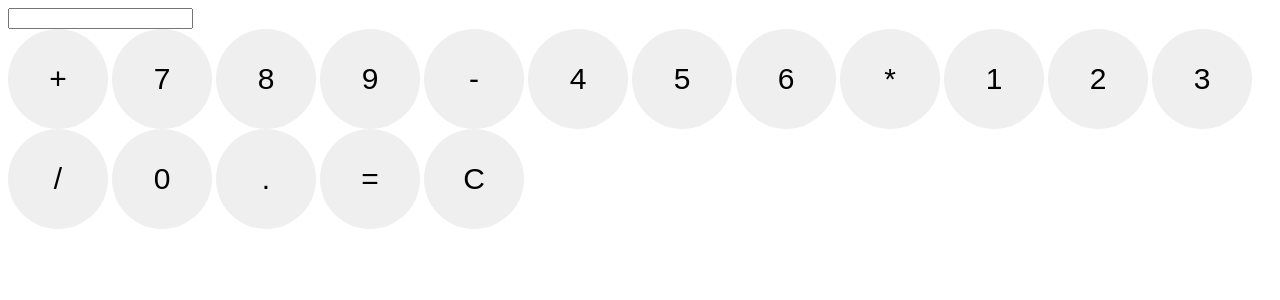
Repository: Haakim19/JavaScript
Page: Calculater/Main.html
These files come from the project's save history. The page is drawn as it stood at one moment and after the next save; the edit follows.
The browser window is 1280 px wide. The pictures show the whole page.

Above is the page before, as saved 2024-10-22 21:38:49.

After the next save:
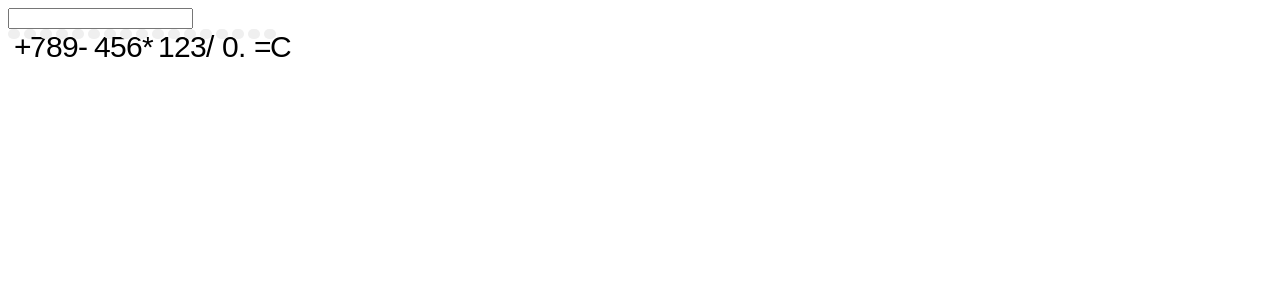
Saved 20 s later.
--- a/Calculater/Main.css
+++ b/Calculater/Main.css
@@ -1,6 +1,6 @@
 button{
-    width: 100px;
-    height: 100px;
+    width: 10px;
+    height: 10px;
     border-radius: 50px;
     border: none;
     font-size: 30px;
